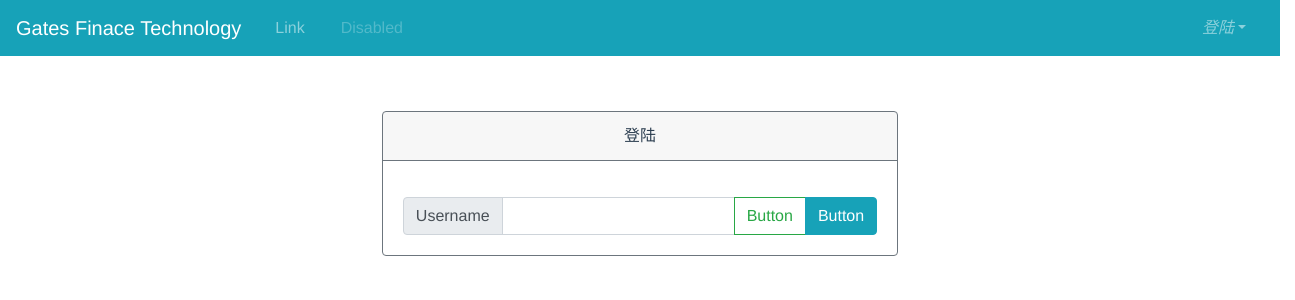
Repository: sqsssq/GatesFinace
Page: /login (app in webview/)
An editor plug-in stored every save of this project. The page is shown before and after the next save, followed by the edit.
The browser window is 1280 px wide. The page is 1295 px wide, so the pictures cover 1295 px, including what lies to the right of the window. The pictures show the whole page.
The project was rebuilt for these pictures with package versions that can differ from the ones it lists, and the page was loaded fresh each time. Also part of the build but not shown: webview/src/components/HelloWorld.vue, webview/src/views/Home.vue, webview/src/components/gatesCarousel.vue, webview/src/views/main.vue.

Above is the page before, as saved 2020-11-03 16:24:23.

### webview/public/index.html
<!DOCTYPE html>
<html lang="en">
  <head>
    <meta charset="utf-8">
    <meta http-equiv="X-UA-Compatible" content="IE=edge">
    <meta name="viewport" content="width=device-width,initial-scale=1.0">
    <link rel="icon" href="<%= BASE_URL %>favicon.ico">
    <title><%= htmlWebpackPlugin.options.title %></title>
    <style>
      html, body{ margin:0; height:100%; }
    </style>
  </head>
  <body>
    <noscript>
      <strong>We're sorry but <%= htmlWebpackPlugin.options.title %> doesn't work properly without JavaScript enabled. Please enable it to continue.</strong>
    </noscript>
    <div id="app"></div>
    <!-- built files will be auto injected -->
  </body>
</html>

### webview/src/main.js
import Vue from 'vue'
import App from './App.vue'
import router from './router'
import store from './store'
import ElementUI from 'element-ui'
import 'element-ui/lib/theme-chalk/index.css'
import 'element-ui/lib/theme-chalk/base.css'
import { BootstrapVue, IconsPlugin } from 'bootstrap-vue'
import 'bootstrap/dist/css/bootstrap.css'
import 'bootstrap-vue/dist/bootstrap-vue.css'

Vue.config.productionTip = false
Vue.use(ElementUI);
Vue.use(BootstrapVue);
Vue.use(IconsPlugin);

new Vue({
  router,
  store,
  render: h => h(App)
}).$mount('#app')

### webview/src/App.vue
<template>
  <div id="app">
    <!-- <div id="nav">
      <router-link to="/">Home</router-link> |
      <router-link to="/about">About</router-link>
    </div> -->
    <router-view/>
  </div>
</template>

<style lang="stylus">
#app
  font-family Avenir, Helvetica, Arial, sans-serif
  -webkit-font-smoothing antialiased
  -moz-osx-font-smoothing grayscale
  text-align center
  color #2c3e50
  margin-top 0px
  height 100%
</style>

### webview/src/router/index.js
import Vue from 'vue'
import VueRouter from 'vue-router'
import Home from '../views/Home.vue'
import Main from '../views/main.vue'
import Login from '../views/login.vue'

Vue.use(VueRouter)

const routes = [
  {
    path: '/',
    name: 'Home',
    component: Home
  },
  {
    path: '/about',
    name: 'About',
    // route level code-splitting
    // this generates a separate chunk (about.[hash].js) for this route
    // which is lazy-loaded when the route is visited.
    component: () => import(/* webpackChunkName: "about" */ '../views/About.vue')
  },
  {
    path: '/main',
    name: 'Main',
    component: Main
  },
  {
    path: '/login',
    name: 'Login',
    component: Login
  }
]

const router = new VueRouter({
  mode: 'history',
  base: process.env.BASE_URL,
  routes
})

export default router

### webview/src/views/login.vue
<!--
 * @Author: your name
 * @Date: 2020-11-01 17:40:45
 * @LastEditTime: 2020-11-03 08:31:04
 * @LastEditors: Please set LastEditors
 * @Description: In User Settings Edit
 * @FilePath: \webview\src\views\main.vue
-->
<template>
  <div class="container-fiuled" style="height: 100%;">
    <!-- <img alt="Vue logo" src="../assets/logo.png"> -->
    <!-- <HelloWorld msg="Welcome to Your Vue.js App" style="height:100%"/> -->
    <gatesNavbar />
    <div class="row" style="margin-top: 5px;">
      <div class="col"  style="padding-left: 0px; padding-right: 0px;">
      </div>
      <gatesLogin style="margin-top: 50px;"/>
      <div class="col"  style="padding-left: 0px; padding-right: 0px;">
      </div>
    </div>
  </div>
</template>

<script>
// @ is an alias to /src
import HelloWorld from '@/components/HelloWorld.vue'
import gatesNavbar from '@/components/gatesNavbar.vue'
import gatesLogin from '@/components/gatesLogin.vue'

export default {
  name: 'Home',
  components: {
    gatesNavbar,
    gatesLogin
  }
}
</script>

### webview/src/components/gatesNavbar.vue
<!--
 * @Author: your name
 * @Date: 2020-10-31 09:19:12
 * @LastEditTime: 2020-11-03 08:32:14
 * @LastEditors: Please set LastEditors
 * @Description: In User Settings Edit
 * @FilePath: \webview\src\components\HelloWorld.vue
-->
<template>
  <div>
    <b-navbar
      toggleable="lg"
      type="dark"
      variant="info"
    >
      <b-navbar-brand href="/main">Gates Finace Technology</b-navbar-brand>

      <b-navbar-toggle target="nav-collapse"></b-navbar-toggle>

      <b-collapse
        id="nav-collapse"
        is-nav
      >
        <b-navbar-nav>
          <b-nav-item href="#">Link</b-nav-item>
          <b-nav-item
            href="#"
            disabled
          >Disabled</b-nav-item>
        </b-navbar-nav>

        <!-- Right aligned nav items -->
        <b-navbar-nav class="ml-auto">
          <!-- <b-nav-form style="padding-top: 2px">
            <b-form-input
              size="sm"
              class="mr-sm-2"
              placeholder="Search"
            ></b-form-input>
            <b-button
              size="sm"
              class="my-2 my-sm-0"
              type="submit"
            >Search</b-button>
          </b-nav-form> -->

          <!-- <b-nav-item-dropdown text="Lang" right>
          <b-dropdown-item href="#">EN</b-dropdown-item>
          <b-dropdown-item href="#">ES</b-dropdown-item>
          <b-dropdown-item href="#">RU</b-dropdown-item>
          <b-dropdown-item href="#">FA</b-dropdown-item>
        </b-nav-item-dropdown> -->

          <b-nav-item-dropdown right>
            <!-- Using 'button-content' slot -->
            <template #button-content>
              <em>{{username == '' ? '登陆' : username}}</em>
            </template>
            <b-dropdown-item href="/login">登陆</b-dropdown-item>
            <b-dropdown-item href="#">注册</b-dropdown-item>
            <b-dropdown-item href="#">登出</b-dropdown-item>
          </b-nav-item-dropdown>
        </b-navbar-nav>
      </b-collapse>
    </b-navbar>
  </div>
</template>

<script>
import axios from 'axios';
export default {
  name: 'gatesNavbar',
  // props: {
  //   msg: String
  // }
  data () {
    return {
      username: ''
    }
  },
  methods: {
  },
  created () {
    // console.log(2);
    // this.getmsg();
  },
  mounted () {

    // this.createLogo();
  }
}
</script>

<!-- Add "scoped" attribute to limit CSS to this component only -->
<style scoped lang="stylus">
h3 {
  letter-spacing: 3px;
  color: #fff;
  font-weight: 500;
  margin-bottom: 10px;
  margin-top: 10px;
  font-size: 15px;
}

h2 {
  margin-top: 10px;
  color: #fff;
  letter-spacing: 10px;
  // font-size: 40px
  font-size: 20px;
}

ul {
  list-style-type: none;
  padding: 0;
}

li {
  display: inline-block;
  margin: 0 10px;
}

a {
  color: #42b983;
}
</style>

### webview/src/components/gatesLogin.vue
<!--
 * @Author: your name
 * @Date: 2020-10-31 09:19:12
 * @LastEditTime: 2020-11-03 08:32:14
 * @LastEditors: Please set LastEditors
 * @Description: In User Settings Edit
 * @FilePath: \webview\src\components\HelloWorld.vue
-->
<template>
  <div>
    <b-card
      border-variant="secondary"
      header="登陆"
      header-border-variant="secondary"
      align="center"
    >
      <!-- <b-card-text>Lorem ipsum dolor sit amet, consectetur adipiscing elit.</b-card-text> -->
      <b-input-group
        prepend="Username"
        class="mt-3"
      >
        <b-form-input></b-form-input>
        <b-input-group-append>
          <b-button variant="outline-success">Button</b-button>
          <b-button variant="info">Button</b-button>
        </b-input-group-append>
      </b-input-group>
    </b-card>

  </div>
</template>

<script>
import axios from 'axios';
export default {
  name: 'gatesLogin',
  // props: {
  //   msg: String
  // }
  data () {
    return {
      username: ''
    }
  },
  methods: {
  },
  created () {
    // console.log(2);
    // this.getmsg();
  },
  mounted () {

    // this.createLogo();
  }
}
</script>

<!-- Add "scoped" attribute to limit CSS to this component only -->
<style scoped lang="stylus"></style>

Loaded but not shown: webview/src/store/index.js (common file)

After the next save:
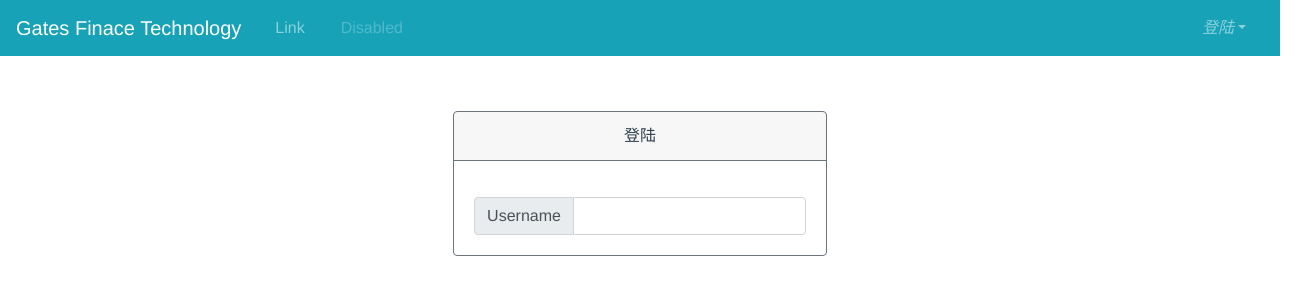
Saved 23 s later.
--- a/webview/src/components/gatesLogin.vue
+++ b/webview/src/components/gatesLogin.vue
@@ -20,10 +20,6 @@
         class="mt-3"
       >
         <b-form-input></b-form-input>
-        <b-input-group-append>
-          <b-button variant="outline-success">Button</b-button>
-          <b-button variant="info">Button</b-button>
-        </b-input-group-append>
       </b-input-group>
     </b-card>
 
